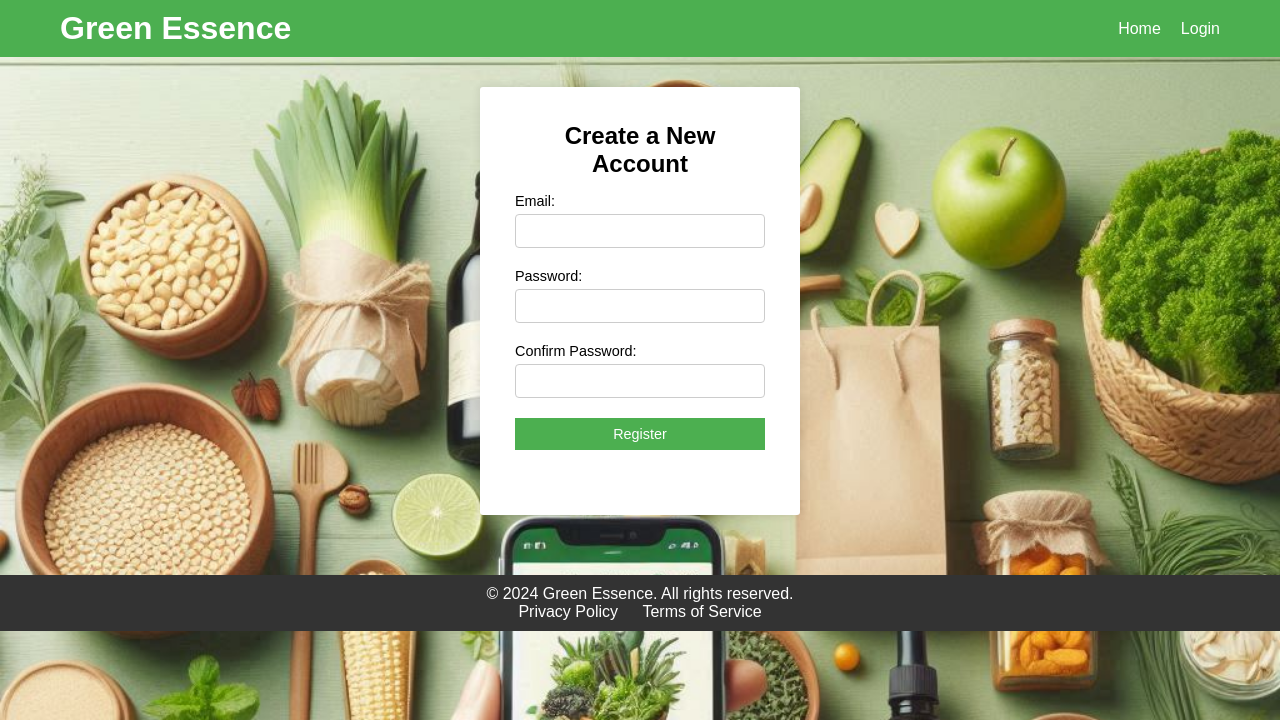
Repository: niki3210/Sahyadri
Page: Projectorganic/Register.html
These files come from the project's save history. The page is drawn as it stood at one moment and after the next save; the edit follows.
The browser window is 1280 px wide. The pictures show the whole page.

Above is the page before, as saved 2024-06-21 14:57:35.

After the next save:
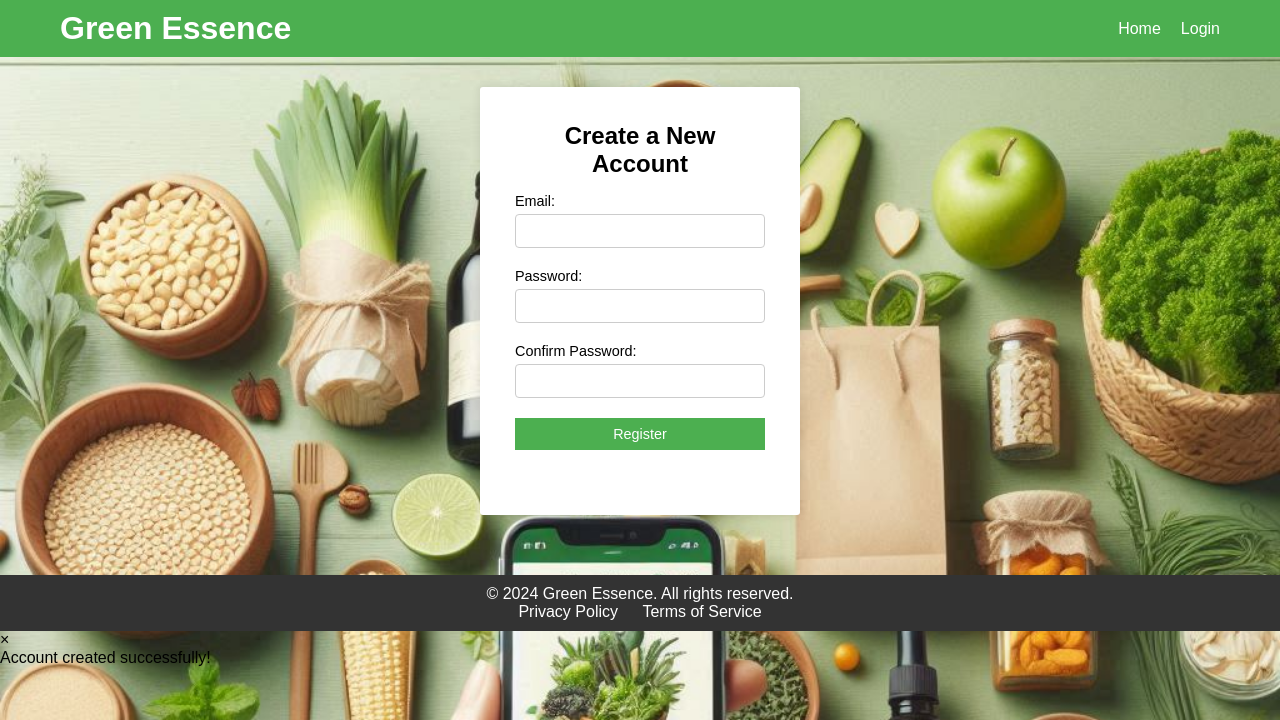
Saved 1 s later.
--- a/Projectorganic/Register.html
+++ b/Projectorganic/Register.html
@@ -48,6 +48,12 @@
         </div>
     </footer>
 
+    <div id="popup" class="popup">
+        <div class="popup-content">
+            <span class="close" id="closePopup">&times;</span>
+            <p>Account created successfully!</p>
+        </div>
+    </div>
 
 </body>
 </html>

After the save that followed:
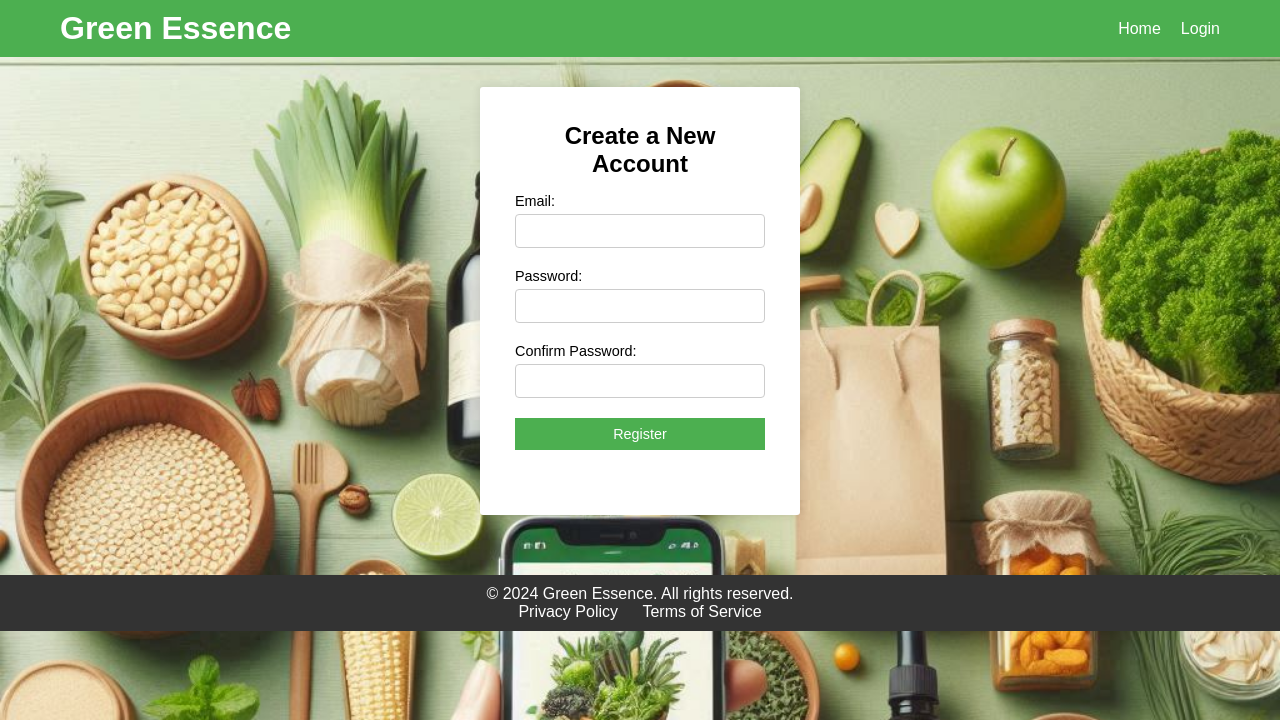
Saved 45 s later.
--- a/Projectorganic/styles.css
+++ b/Projectorganic/styles.css
@@ -204,3 +204,31 @@ footer a {
 footer a:hover {
     text-decoration: underline;
 }
+
+/* Pop-up Styles */
+.popup {
+    display: none;
+    position: fixed;
+    top: 20px; /* Position the pop-up near the top of the page */
+    left: 50%;
+    transform: translateX(-50%);
+    background-color: white;
+    box-shadow: 0 0 10px rgba(0, 0, 0, 0.1);
+    border-radius: 8px;
+    z-index: 1000;
+    width: 90%; /* Make it full width with some margin */
+    max-width: 500px;
+    padding: 10px 20px;
+}
+
+.popup-content {
+    text-align: center;
+}
+
+.popup .close {
+    position: absolute;
+    top: 10px;
+    right: 10px;
+    cursor: pointer;
+    font-size: 1.5em;
+}
